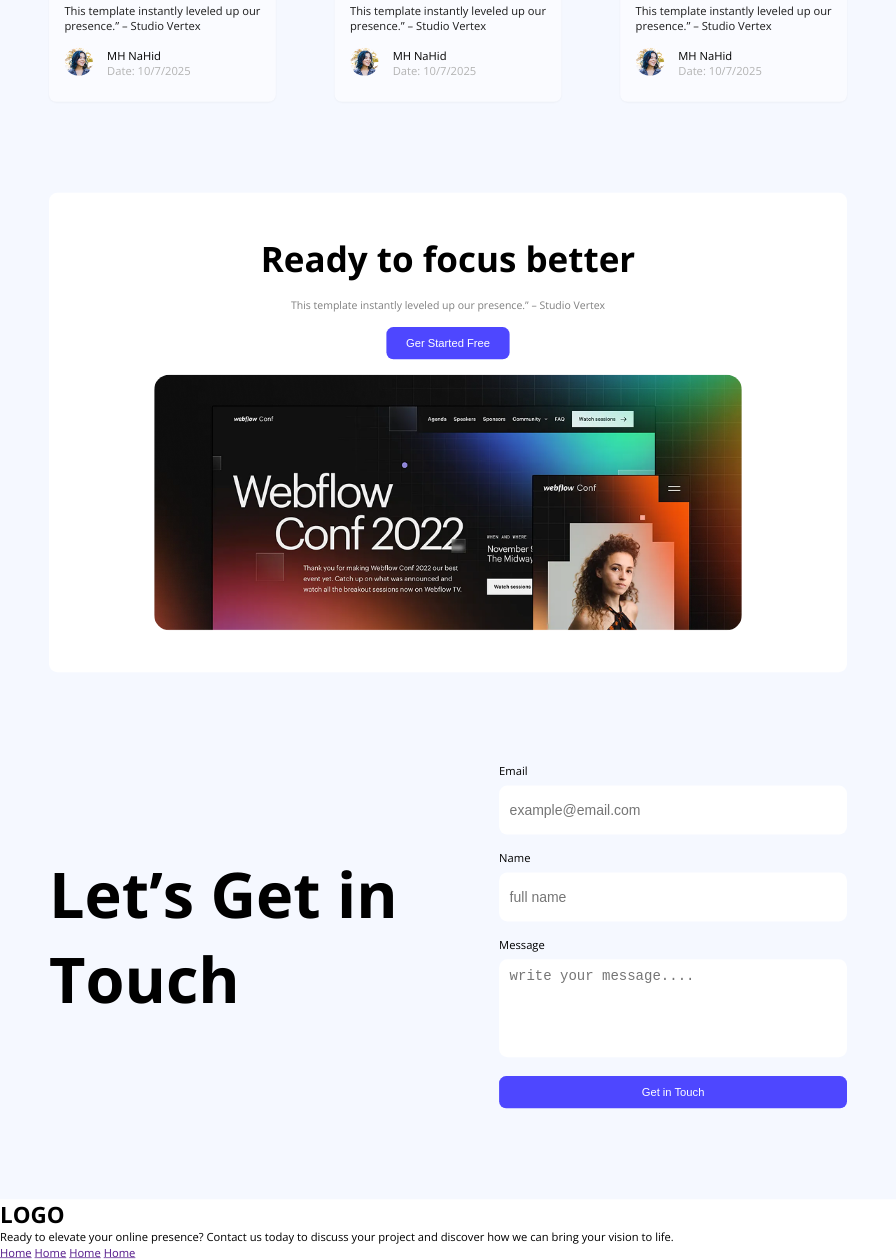
Repository: nahid-hasann/website-3
Page: index.html
These files come from the project's save history. The page is drawn as it stood at one moment and after the next save; the edit follows.
The browser window is 1280 px wide. The pictures show the part of the page from y = 1956 to 3876 px (the page is 3756 px tall before and 3876 px after), at 70% of full size.

Above is the page before, as saved 2025-07-10 23:35:00.

### index.html
<!DOCTYPE html>
<html lang="en">
<head>
    <meta charset="UTF-8">
    <meta name="viewport" content="width=device-width, initial-scale=10">
    <title>MH NaHid</title>
    <link rel="preconnect" href="https://fonts.googleapis.com">
<link rel="preconnect" href="https://fonts.gstatic.com" crossorigin>
<link href="https://fonts.googleapis.com/css2?family=Open+Sans:ital,wght@0,300..800;1,300..800&family=Raleway:ital,wght@0,100..900;1,100..900&display=swap" rel="stylesheet">
<link rel="stylesheet" href="style.css">
</head>
<body class="open-sans-normal">


<header class="header-section">
      <section class="section-1">
       <h1 style="font-size: 34px; color: #4e47ff;">LOGO</h1>
       <button class="btn">Sign Up</button>
      </section>

      <section class="section-2">
        <h1 style="font-size: 65px; text-align: center;">Cool Dark UI Template for <br> Webflow Agencies!</h1>
        <br>
        <br>
        <button class="btn">Stay Focused</button>
      </section>


</header>


<main>

<section class="action-section">

<div class="action-title">
    <h1>See It in Action</h1>
    <br>
    <p>Explore the live preview and imagine your brand <br> in this bold new look.</p>
    <br>
    <button class="btn">Launch Live Preview</button>
</div>

<div class="action-img">
    <img src="Assets/wc-mini.png" alt="">
</div>


</section>

<section class="productive-user">

     <h1 style="text-align: center; font-size: 38px ; font-weight: 700;">Joined Thousands of Productive Users</h1>

     <div class="productive-user-review">

       <div class="productive-user-songkha">
         <h1>50K</h1>
         <p>Active Users</p>
       </div>
       <div class="productive-user-songkha">
         <h1>2M+</h1>
         <p>focus session</p>
       </div>
       <div class="productive-user-songkha">
         <h1>95%</h1>
         <p>seticefection rate</p>
       </div>

     </div>



</section>


<section class="feedback-section">

    <h1>What our users say</h1>

    <div class="feedback-flex">

   <div class="feedback-review">

        <div class="star">
            <img src="Assets/icon-star.png" alt="">
        <img src="Assets/icon-star.png" alt="">
        <img src="Assets/icon-star.png" alt="">
        <img src="Assets/icon-star.png" alt="">
        <img src="Assets/icon-star.png" alt="">
        <h4>Loved by Designers</h4>
        <p>This template instantly leveled up our <br> presence.” – Studio Vertex</p>
        </div>
        <div class="reviwer">
            <div class="reviwer-img">
                <img src="Assets/avatar.png" alt="">
            </div>
            <div class="reviwer-text">
                <p >MH NaHid</p>
                 <p class="date">Date: 10/7/2025</p>
            </div>
        </div>

    </div>

       <div class="feedback-review">

        <div class="star">
            <img src="Assets/icon-star.png" alt="">
        <img src="Assets/icon-star.png" alt="">
        <img src="Assets/icon-star.png" alt="">
        <img src="Assets/icon-star.png" alt="">
        <img src="Assets/icon-star.png" alt="">
        <h4>Loved by Designers</h4>
        <p>This template instantly leveled up our <br> presence.” – Studio Vertex</p>
        </div>
        <div class="reviwer">
            <div class="reviwer-img">
                <img src="Assets/avatar.png" alt="">
            </div>
            <div class="reviwer-text">
                <p>MH NaHid</p>
                 <p class="date">Date: 10/7/2025</p>
            </div>
        </div>

    </div>

       <div class="feedback-review">

        <div class="star">
            <img src="Assets/icon-star.png" alt="">
        <img src="Assets/icon-star.png" alt="">
        <img src="Assets/icon-star.png" alt="">
        <img src="Assets/icon-star.png" alt="">
        <img src="Assets/icon-star.png" alt="">
        <h4>Loved by Designers</h4>
        <p>This template instantly leveled up our <br> presence.” – Studio Vertex</p>
        </div>
        <div class="reviwer">
            <div class="reviwer-img">
                <img src="Assets/avatar.png" alt="">
            </div>
            <div class="reviwer-text">
                <p>MH NaHid</p>
                 <p class="date">Date: 10/7/2025</p>
            </div>
        </div>

    </div>

    </div>

</section>

<section class="free-section">

    <div class="free">
        <h1>Ready to focus better</h1>
        <br>
        <p>This template instantly leveled up our presence.” – Studio Vertex</p>
        <br>
        <button class="btn">Ger Started Free</button>
        <br>
        <img src="Assets/wc-big.png" alt="">
    </div>

</section>

<section class="contact-form">

<div class="form-heading">
    <h1>Let’s Get in Touch</h1>
</div>

<div class="form-div">

    <form class="form" action="">

        <label for="">Email</label> <br>
        <input type="email" name="" placeholder="example@email.com" id=""> <br> <br>
        <label for="">Name</label> <br>
        <input type="text" placeholder="full name"> <br><br>
        <label for="">Message</label> <br>
        <textarea name="" placeholder="write your message...." id=""></textarea> <br><br>
        <button class="btn">Get in Touch</button>

    </form>

</div>


</section>


</main>

<footer class="footer-section">

    <h1>LOGO</h1>
    <p>Ready to elevate your online presence? Contact us today to discuss your project and discover how we can bring your vision to life.</p>
     <div class="link-tag">
        <a href="">Home</a>
        <a href="">Home</a>
        <a href="">Home</a>
        <a href="">Home</a>

     </div>

</footer>




</body>
</html>

### style.css
*{
    margin: 0;
    padding: 0;
    box-sizing: border-box;
}

body{
    background-color: #f5f8ff;
}


.open-sans-normal {
  font-family: "Open Sans", sans-serif;
  font-optical-sizing: auto;
  font-style: normal;
  font-variation-settings:
    "wdth" 100;
}

.header-section{
    background-image: url('Assets/Hero-bg.png');
    background-repeat: no-repeat;
    background-position: center;
    background-size: cover;
    /* height: 700px; */
}

.section-1{
    display: flex;
    justify-content: space-between;
    padding: 40px 0;
    width: 1140px;
    margin: auto;
}

.btn{
    padding: 14px 28px;
    border: none;
    background-color: #4e47ff ;
    color: white;
    border-radius: 10px;
    display: block;
    font-size: 16px;
}

.btn:hover{
    background-color: yellow;
    padding: 14px 30px;
    transition: 0.5s;
    color: black;
}

.section-2{

    display: flex;
    flex-direction: column;
    justify-content: center;
    align-items: center;
    margin:  auto;
    padding: 158px 0;

}

main{
    width: 1140px;
    margin: auto;
}

.action-section{
    display: flex;
    justify-content: space-between;
    margin: 130px 0;
}

.action-title{
    margin: auto 0;
}

.action-img img{
    border-radius: 20px;
    width: 404px;
    height: 328px;
}

.action-title h1{
    font-size: 44px;
}

.action-title p{
    color: rgba(37, 36, 50, 0.5);
    font-size: 24px;
}

.productive-user{
    background-color: #e5e6ff;
    padding: 50px 70px;
    /* display: flex; */
    /* flex-direction: column; */
    /* justify-content: space-between; */
    /* align-items: center; */
    border-radius: 20px;
    margin-bottom: 130px;
}

.productive-user-review {
    display: flex;
    margin-top: 40px;
    gap: 40px;
    justify-content: space-between;
    align-items: center;
}

.productive-user-songkha h1{
    text-align: center;
    font-size: 80px;
    color: #4e47ff;
}

.productive-user-songkha p{
    text-align: center;
    font-size: 20px;
    color: rgba(0, 0, 0, 0.5);
}

.feedback-section{
    margin-bottom: 130px;
}

.feedback-section h1{
    font-size: 42px;
    font-weight: 700;
    text-align: center;
    margin-bottom: 50px;
}



.reviwer{
    display: flex;
    gap: 20px;
    margin: 20px 0;
}

.reviwer-img img{
     border-radius: 50%;
}

.feedback-flex{
    display: flex;
    flex-direction: row;
    justify-content: space-between;
    align-items: center;
}

.feedback-review{
      background-color: #fafbff;
      box-shadow: 0 1px 3px rgba(0, 0, 0, 0.05);
      padding: 12px 22px;
      border-radius: 10px;
}

.star h4{
    font-size: 22px;
    font-weight: 700;
    margin-top: 20px;
    margin-bottom: 10px;
}


.date{
    color: rgba(179, 179, 179, 1);
    font-weight: 300;
}

.star p {
    color: rgba(30, 30, 30, 1);
}

.free-section{
    background-color: rgba(255, 255, 255, 1);
    border-radius: 12px;
    padding: 60px 80px;
    display: flex;
    flex-direction: column;
    justify-content: center;
    align-items: center;
    margin-bottom: 130px;
}

.free{
    display: flex;
    flex-direction: column;
    justify-content: center;
    align-items: center;
}

.free h1{
    font-size: 50px ;
    font-weight: 700;
}

.free p{
    color: rgba(0, 0, 0, 0.5);
    font-size: 15px;
}

.free img{
    border-radius: 22px;
}

.contact-form{
    display: flex;
    justify-content: space-around;
    align-items: center;
    gap: 40px;
    margin-bottom: 130px;
}

.form-heading{
    font-size: 60px;
    font-weight: 700;
}

.form input{
      border: none;
      width: 497px;
      height: 70px;
      font-size: 20px;
      padding: 12px 0 12px 15px;
      margin-top: 10px;
      border-radius: 12px;
}

.form label{
    margin-bottom: 10px;
}

.form textarea{
     border: none;
      width: 497px;
      height: 140px;
      font-size: 20px;
      padding: 12px 0 12px 15px;
      margin-top: 10px;
      border-radius: 12px;
      resize: none;
}
.form button{
    width: 497px;
}

.footer-section{
    background-color: #ffffff;
    padding: ;
}

After the next save:
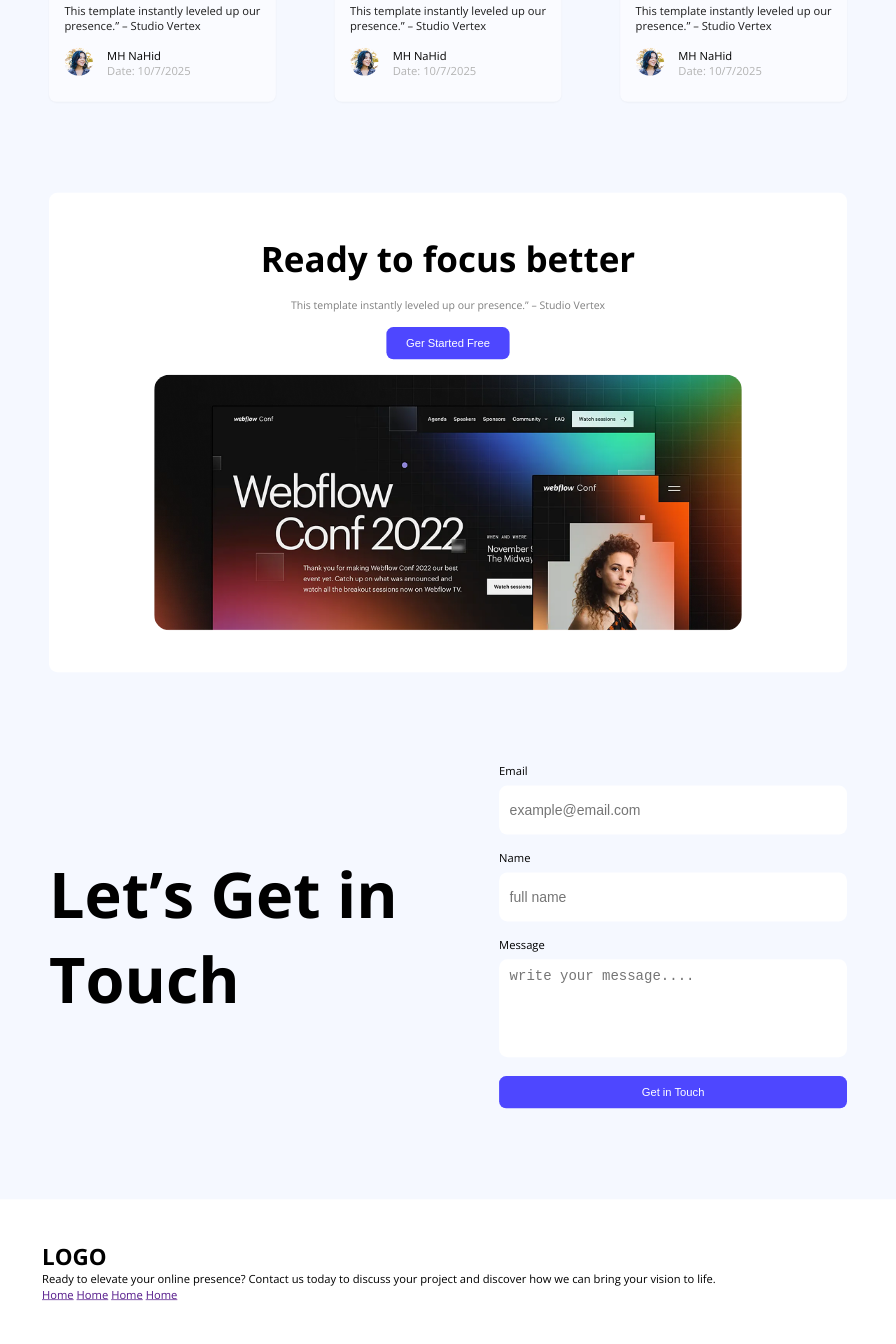
Saved 5 s later.
--- a/style.css
+++ b/style.css
@@ -251,5 +251,5 @@
 
 .footer-section{
     background-color: #ffffff;
-    padding: ;
-}
+    padding: 60px ;
+}
